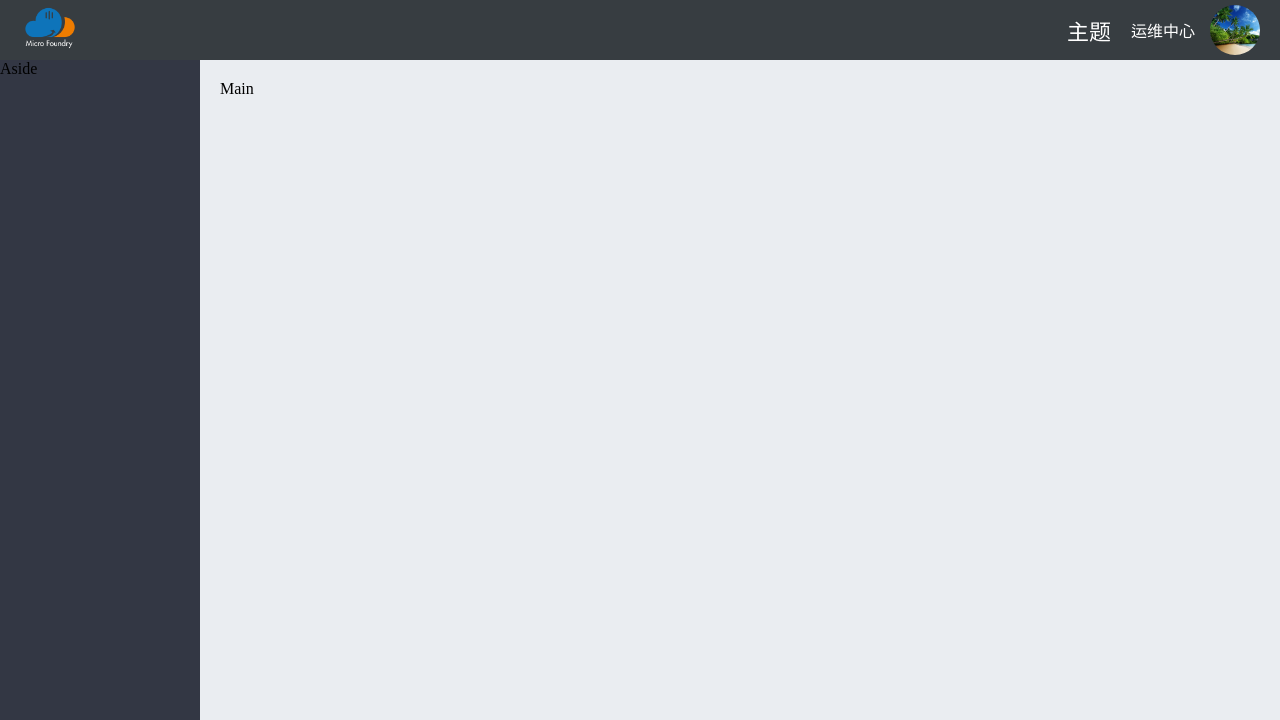
Repository: gyp-programmer/vue-shop
Page: /#/home
These files come from the project's save history. The page is drawn as it stood at one moment and after the next save; the edit follows.
The browser window is 1280 px wide. The pictures show the whole page.
The project was rebuilt for these pictures with package versions that can differ from the ones it lists, and the page was loaded fresh each time. Also part of the build but not shown: vue.config.js, src/components/Login.vue.

Above is the page before, as saved 2020-09-24 11:26:32.

### src/main.js
import Vue from 'vue'
import App from './App.vue'
import router from './router'
import store from './store/index.js'
import '../theme/gray/index.css'
import './plugins/element.js'
// 导入全局样式表
import './assets/css/global.css'

import axios from 'axios'
// 配置请求的根路径
axios.defaults.baseURL = 'http://127.0.0.1:8888/api/private/v1/'
Vue.prototype.$http = axios

Vue.config.productionTip = false

new Vue({
  router,
  store,
  render: h => h(App)
}).$mount('#app')

### src/router/index.js
import Vue from 'vue'
import VueRouter from 'vue-router'
import Login from '../components/Login.vue'
import Home from '../components/Home'

Vue.use(VueRouter)

const routes = [
  {
    path: '/',
    redirect: '/login'
  },
  {
    path: '/login',
    component: Login
  },
  {
    path: '/home',
    component: Home
  }
]

const router = new VueRouter({
  routes
})

// 挂在路由导航守卫
router.beforeEach((to, from, next) => {
  // to 将要访问的路径
  // from 代表从哪个路径来的
  // next 是一个函数，表示放行
  //  next() 放行    next('/login')  强制跳转
  // if (to.path === '/login') return next()
  // const tokenstr = window.sessionStorage.getItem('token')
  // if (!tokenstr) return next('/login')
  next()
})

export default router

### src/store/index.js
import Vue from 'vue'
import Vuex from 'vuex'

Vue.use(Vuex)

const store = new Vuex.Store({
  state: {
    themecolor: 'gray'// 默认为20a0ff
  },
  mutations: {
    // 更新主题颜色
    setThemeColor(state, curcolor) {
      this.state.themecolor = curcolor
    }
  }
})
export default store

### src/plugins/element.js
import Vue from 'vue'
import {
  Button, Form, FormItem, Input, Message,
  Container, Header, Aside, Main, Dropdown, DropdownItem, DropdownMenu, Link
} from 'element-ui'

Vue.use(Button)
Vue.use(Form)
Vue.use(FormItem)
Vue.use(Input)
Vue.use(Container)
Vue.use(Header)
Vue.use(Aside)
Vue.use(Main)
Vue.use(DropdownMenu)
Vue.use(Dropdown)
Vue.use(DropdownItem)
Vue.use(Link)

Vue.prototype.$message = Message

### src/assets/css/global.css
/* 全局样式 */
html, body, #app {
    width: 100%;
    height: 100%;
    padding: 0;
    margin: 0;
}

### src/components/Home.vue
<template>
  <el-container class="home-container">
    <!-- 头部区域 -->
    <el-header>
      <div>
        <img src="../assets/img/logo1.png" alt="加载失败" />
      </div>
      <div class="user_operation">
        <el-dropdown @command="handleCommand">
          <div style="color: white; font-size: 22px;margin-right: 20px; cursor: pointer;">
            主题
          </div>
          <el-dropdown-menu slot="dropdown">
            <el-dropdown-item command="gray">灰色</el-dropdown-item>
            <el-dropdown-item command="plur">紫色</el-dropdown-item>
          </el-dropdown-menu>
        </el-dropdown>
        <el-link :underline="false" href="https://ops.microfoundry.fii-fmc.com" target="_blank">运维中心</el-link>
        <el-dropdown @command="handleCommand">
          <div class="el-dropdown-link">
          </div>
          <el-dropdown-menu slot="dropdown">
            <el-dropdown-item command="quit">退出</el-dropdown-item>
          </el-dropdown-menu>
        </el-dropdown>
      </div>
      <!-- <el-button type="info" @click="logout">退出</el-button> -->
    </el-header>
    <!-- 页面主体区域 -->
    <el-container>
      <!-- 页面侧边栏 -->
      <el-aside width="200px">Aside</el-aside>
      <!-- 页面内容主题 -->
      <el-main>Main</el-main>
    </el-container>
  </el-container>
</template>

<script>
import { toggleClass } from '../utils/index'
export default {
  computed: {
    themecolor: {
      get () {
        return this.$store.state.themecolor
      }
    }
  },
  methods: {
    handleCommand(command) {
      if (command === 'quit') {
        window.sessionStorage.clear()
        this.$router.push('/login')
      } else if (command === 'gray') {
        this.$store.commit('setThemeColor', command)
        toggleClass(document.body, this.themecolor)
        this.$message({
          type: 'success',
          message: '切换为灰色主题'
        })
      } else {
        this.$store.commit('setThemeColor', command)
        toggleClass(document.body, this.themecolor)
        this.$message({
          type: 'success',
          message: '切换为紫色主题'
        })
      }
    }
  }
}
</script>

<style lang="scss" scoped>
.el-header {
  background-color: #373d41;
  display: flex;
  justify-content: space-between;
  align-items: center;
  color: #fff;
  img {
    width: 60px;
    height: 60px;
  }
}
.user_operation {
    display: flex;
    align-items: center;
}
.el-link.el-link--default {
        margin-right: 15px;
        font-size: 16px;
        color: #fff;
}
.el-aside {
  background-color: #333744;
}
.el-main {
  background-color: #eaedf1;
}
.home-container {
  height: 100%;
}
.el-dropdown-link {
  cursor: pointer;
  width: 50px;
  height: 50px;
  border-radius: 50%;
  background-image: url(../assets/img/timg.jpg);
  background-size: cover;
}
.el-icon-arrow-down {
  font-size: 12px;
}
</style>

### src/utils/index.js
// 换肤加class函数
export function toggleClass(element, className) {
  if (!element || !className) {
    return
  }
  element.className = className
}

Loaded but not shown: public/index.html (common file); src/App.vue (common file); theme/gray/index.css (library)

After the next save:
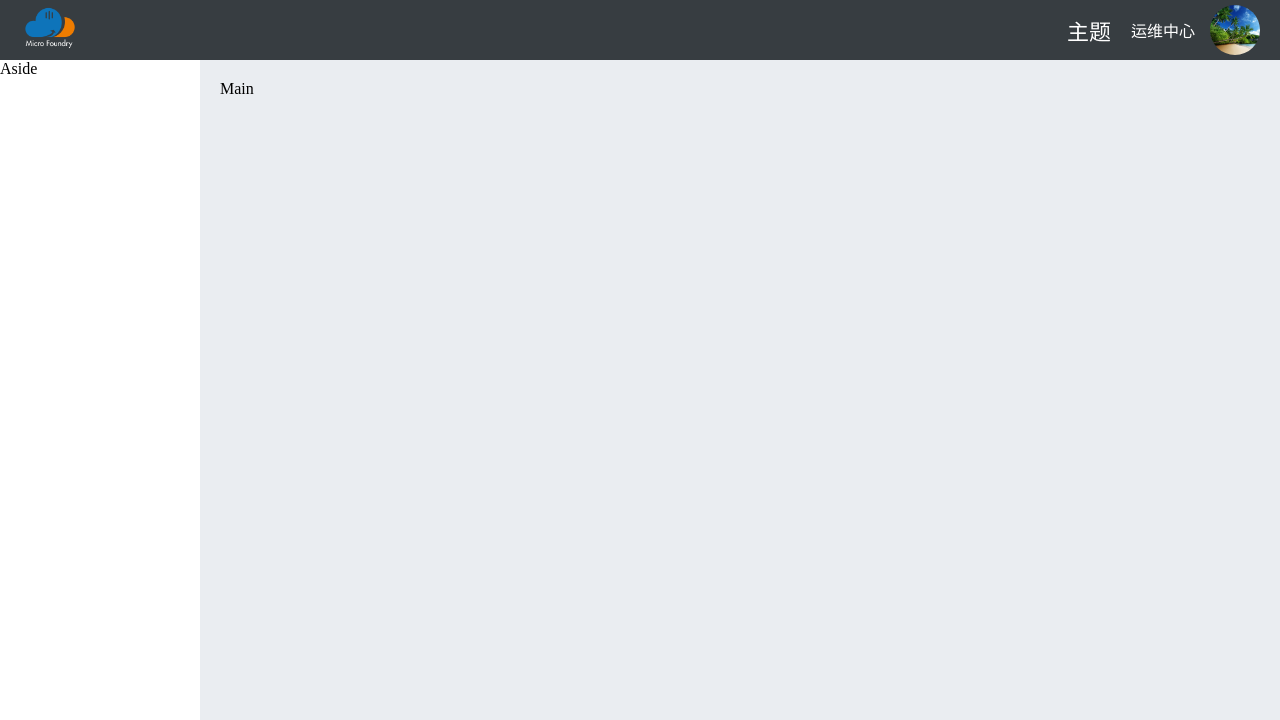
Saved 3 min 3 s later.
--- a/src/components/Home.vue
+++ b/src/components/Home.vue
@@ -92,9 +92,6 @@
         font-size: 16px;
         color: #fff;
 }
-.el-aside {
-  background-color: #333744;
-}
 .el-main {
   background-color: #eaedf1;
 }
